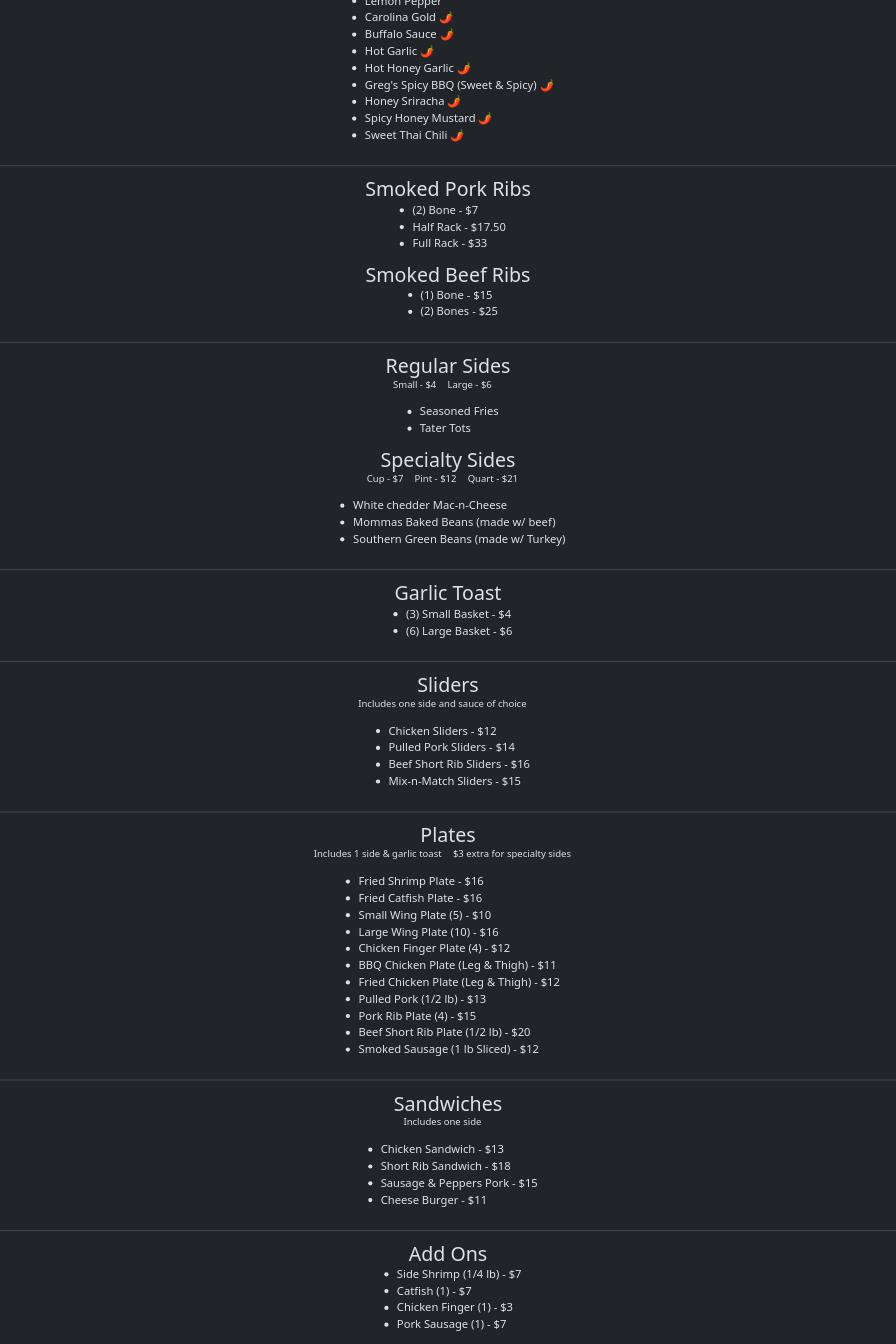
Repository: dukedward/smokehousemenu
Page: plates/index.html
These files come from the project's save history. The page is drawn as it stood at one moment and after the next save; the edit follows.
The browser window is 1280 px wide. The pictures show the part of the page from y = 718 to 2638 px (the page is 2638 px tall before and 2605 px after), at 70% of full size.
Some web libraries are served in a nearby version.

Above is the page before, as saved 2023-03-04 12:28:09.

### plates/index.html
<!DOCTYPE html>
<html lang="en" data-bs-theme="dark">
<head>
    <meta charset="UTF-8">
    <meta http-equiv="X-UA-Compatible" content="IE=edge">
    <meta name="viewport" content="wilih=device-wilih, initial-scale=1.0">
    <link rel="stylesheet" href="https://cdnjs.cloudflare.com/ajax/libs/font-awesome/6.3.0/css/all.min.css" integrity="sha512-SzlrxWUlpfuzQ+pcUCosxcglQRNAq/DZjVsC0lE40xsADsfeQoEypE+enwcOiGjk/bSuGGKHEyjSoQ1zVisanQ==" crossorigin="anonymous" referrerpolicy="no-referrer" />
    <link href="https://cdn.jsdelivr.net/npm/bootstrap@5.3.0-alpha1/dist/css/bootstrap.min.css" rel="stylesheet" integrity="sha384-GLhlTQ8iRABdZLl6O3oVMWSktQOp6b7In1Zl3/Jr59b6EGGoI1aFkw7cmDA6j6gD" crossorigin="anonymous">
    <link rel="stylesheet" href="../style.css" />
    <link rel="shortcut icon" href="../images/favicon.ico" type="image/x-icon">
    <title>Small Plates</title>
</head>
<body>
    <div class="title">
        <a href="/">
            <i class="fa-solid fa-house mt-2 mb-2"></i>
        </a>
        <h1>Small Plates</h1>
        <h4>Monday-Sunday</h4>
        <p>(Place orders between 10am-5pm)</p>
    </div>
    <hr>
    <div class="sections">
        <div class="sect">
            <h3>Jumbo Wings</h3>
            <div class="desc">
                <p>Includes a choice of ranch or blue cheese</p>
            </div>
            <div class="sub-sect">
                <h4>Choose Amount:</h4>
                <ul>
                    <li>5pc - $7.50</li>
                    <li>10pc - $13</li>
                    <li>20pc - $22</li>
                    <li>30pc - $31</li>
                </ul>
            </div>
            <div class="sub-sect">
                <h4>Choose Style:</h4>
                <ul>
                    <li>Traditional Fried</li>
                    <li>Smoke Fried</li>
                    <li>Signature Wild Wings</li>
                </ul>
            </div>
            <div class="sub-sect">
                <h4>Choose Sauces:</h4>
                <div class="desc">
                    <p>🌶️ - Spicy items</p>
                </div>
                <ul>
                    <li>Greg's Sweet BBQ</li>
                    <li>Sweet Teriyaki</li>
                    <li>Garlic Parmesan</li>
                    <li>Honey Mustard</li>
                    <li>Lemon Pepper</li>
                    <li>Carolina Gold 🌶️</li>
                    <li>Buffalo Sauce 🌶️</li>
                    <li>Hot Garlic 🌶️</li>
                    <li>Hot Honey Garlic 🌶️</li>
                    <li>Greg's Spicy BBQ (Sweet & Spicy) 🌶️</li>
                    <li>Honey Sriracha 🌶️</li>
                    <li>Spicy Honey Mustard 🌶️</li>
                    <li>Sweet Thai Chili 🌶️</li>
                </ul>
            </div>
        </div>
        <hr>
        <div class="sect">
            <h3>Smoked Pork Ribs</h3>
            <ul>
                <li>(2) Bone - $7</li>
                <li>Half Rack - $17.50</li>
                <li>Full Rack - $33</li>
            </ul>
            <h3>Smoked Beef Ribs</h3>
            <ul>
                <li>(1) Bone - $15</li>
                <li>(2) Bones - $25</li>
            </ul>
        </div>
        <hr>
        <div class="sect">
            <h3>Regular Sides</h3>
            <div class="desc">
                <p>Small - $4</p>
                <p>Large - $6</p>
            </div>
            <ul>
                <li>Seasoned Fries</li>
                <li>Tater Tots</li>
            </ul>
            <h3>Specialty Sides</h3>
            <div class="desc">
                <p>Cup - $7</p>
                <p>Pint - $12</p>
                <p>Quart - $21</p>
            </div>
            <ul>
                <li>White chedder Mac-n-Cheese</li>
                <li>Mommas Baked Beans (made w/ beef)</li>
                <li>Southern Green Beans (made w/ Turkey)</li>
            </ul>
        </div>
        <hr>
        <div class="sect">
            <h3>Garlic Toast</h3>
            <ul>
                <li>(3) Small Basket - $4</li>
                <li>(6) Large Basket - $6</li>
            </ul>
        </div>
        <hr>
        <div class="sect">
            <h3>Sliders</h3>
            <div class="desc">
                <p>Includes one side and sauce of choice</p>
            </div>
            <ul>
                <li>Chicken Sliders - $12</li>
                <li>Pulled Pork Sliders - $14</li>
                <li>Beef Short Rib Sliders - $16</li>
                <li>Mix-n-Match Sliders - $15</li>
            </ul>
        </div>
        <hr>
        <div class="sect">
            <h3>Plates</h3>
            <div class="desc">
                <p>Includes 1 side & garlic toast</p>
                <p>$3 extra for specialty sides</p>
            </div>
            <ul>
                <li>Fried Shrimp Plate - $16</li>
                <li>Fried Catfish Plate - $16</li>
                <li>Small Wing Plate (5) - $10</li>
                <li>Large Wing Plate (10) - $16</li>
                <li>Chicken Finger Plate (4) - $12</li>
                <li>BBQ Chicken Plate (Leg & Thigh) - $11</li>
                <li>Fried Chicken Plate (Leg & Thigh) - $12</li>
                <li>Pulled Pork (1/2 lb) - $13</li>
                <li>Pork Rib Plate (4) - $15</li>
                <li>Beef Short Rib Plate (1/2 lb) - $20</li>
                <li>Smoked Sausage (1 lb Sliced) - $12</li>
            </ul>
        </div>
        <hr>
        <div class="sect">
            <h3>Sandwiches</h3>
            <div class="desc">
                <p>Includes one side</p>
            </div>
            <ul>
                <li>Chicken Sandwich - $13</li>
                <li>Short Rib Sandwich - $18</li>
                <li>Sausage & Peppers Pork - $15</li>
                <li>Cheese Burger - $11</li>
            </ul>
        </div>
        <hr>
        <div class="sect">
            <h3>Add Ons</h3>
            <ul>
                <li>Side Shrimp (1/4 lb) - $7</li>
                <li>Catfish (1) - $7</li>
                <li>Chicken Finger (1) - $3</li>
                <li>Pork Sausage (1) - $7</li>
            </ul>
        </div>
    </div>
    <script src="https://cdn.jsdelivr.net/npm/bootstrap@5.3.0-alpha1/dist/js/bootstrap.bundle.min.js" integrity="sha384-w76AqPfDkMBDXo30jS1Sgez6pr3x5MlQ1ZAGC+nuZB+EYdgRZgiwxhTBTkF7CXvN" crossorigin="anonymous"></script>
</body>
</html>

### style.css
.container {
    height: 100vh;
}

.title {
	display: flex;
	flex-direction: column;
	justify-content: center;
	align-items: center;
}

.sections {
	display: grid;
}

.sect, .sub-sect {
	display: flex;
	flex-direction: column;
	justify-content: left;
	align-items: center;
}

.sect h2,h3 {
    margin-bottom: 0;
}

.desc {
    display: flex;
    flex-direction: row;
    justify-content: space-between;
}

.desc p,.title p {
    padding-right: 1rem;
    font-size: .85rem;
}

After the next save:
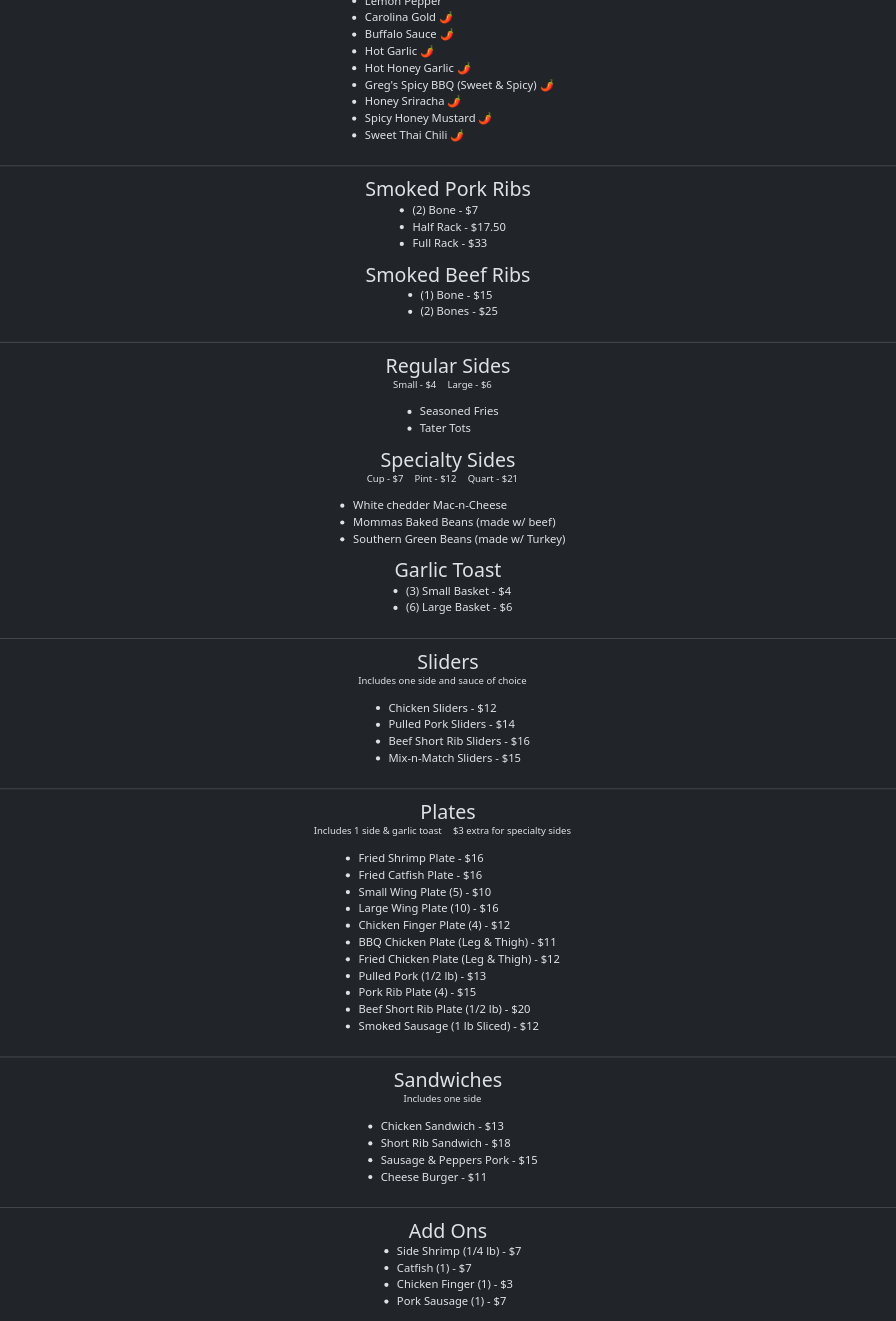
Saved 25 h 13 min later.
--- a/plates/index.html
+++ b/plates/index.html
@@ -101,9 +101,6 @@
                 <li>Mommas Baked Beans (made w/ beef)</li>
                 <li>Southern Green Beans (made w/ Turkey)</li>
             </ul>
-        </div>
-        <hr>
-        <div class="sect">
             <h3>Garlic Toast</h3>
             <ul>
                 <li>(3) Small Basket - $4</li>
